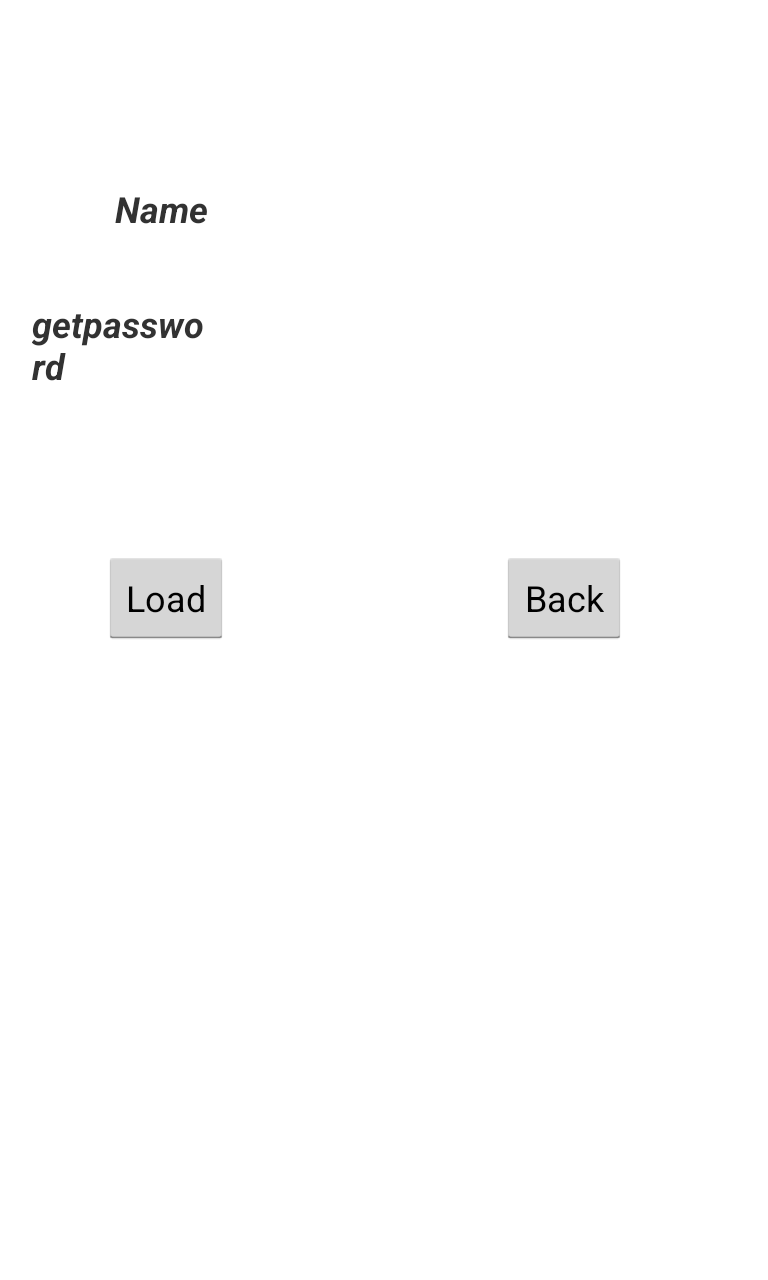
Repository: yashmoda/Android-Practice
Layout: internalstoragedemo/res/layout/activity_main2.xml
An editor plug-in stored every save of this project. The layout is shown before and after the next save, followed by the edit.
It is drawn on a 768 x 1280 px phone screen (xhdpi) without system bars, with theme AppTheme; the app's code is not run. The app's manifest (not shown) leaves right-to-left support off. So textAlignment, textDirection and layoutDirection are ignored, and left and right values win over start and end ones.

Above is the layout before, as saved 2017-06-18 05:50:20.

After the next save:
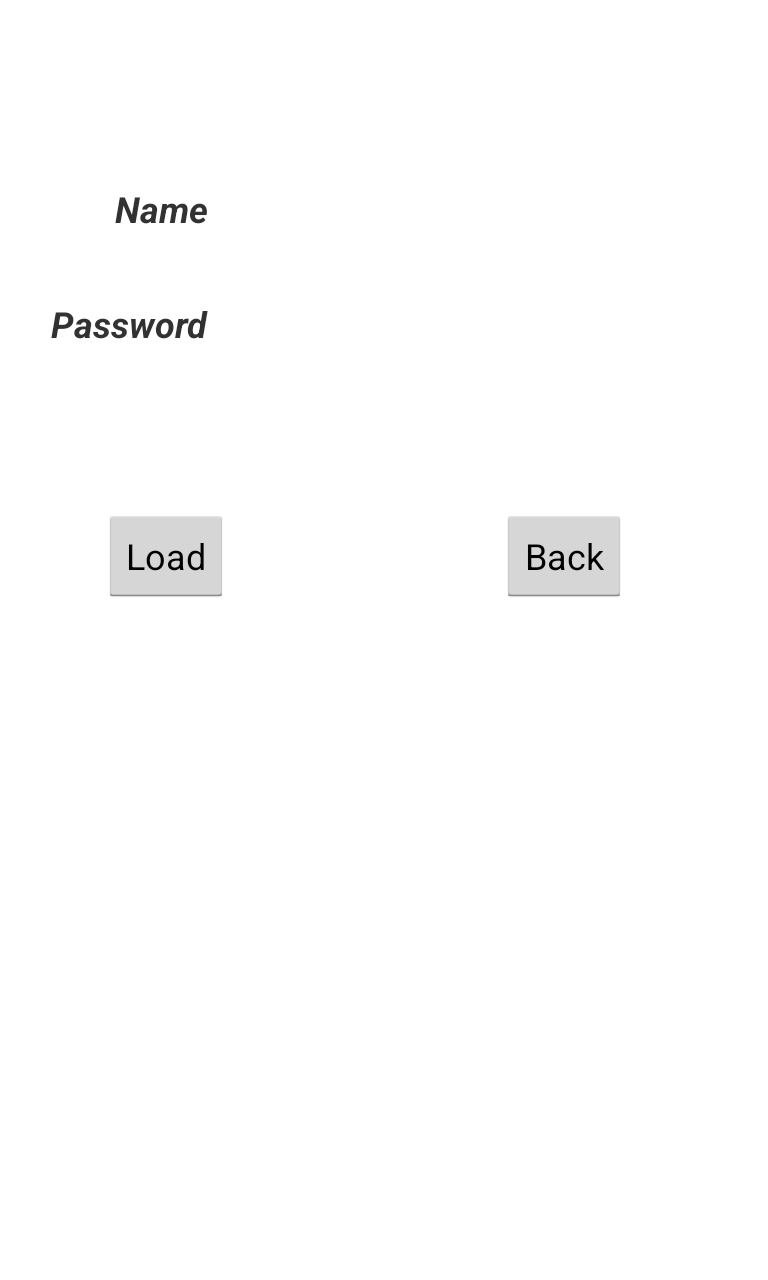
Saved 5 s later.
--- a/internalstoragedemo/res/layout/activity_main2.xml
+++ b/internalstoragedemo/res/layout/activity_main2.xml
@@ -24,7 +24,7 @@
         android:textStyle="bold|italic" />
 
     <TextView
-        android:text="getpassword"
+        android:text="Password"
         android:layout_width="wrap_content"
         android:layout_height="wrap_content"
         android:layout_below="@+id/textView3"
